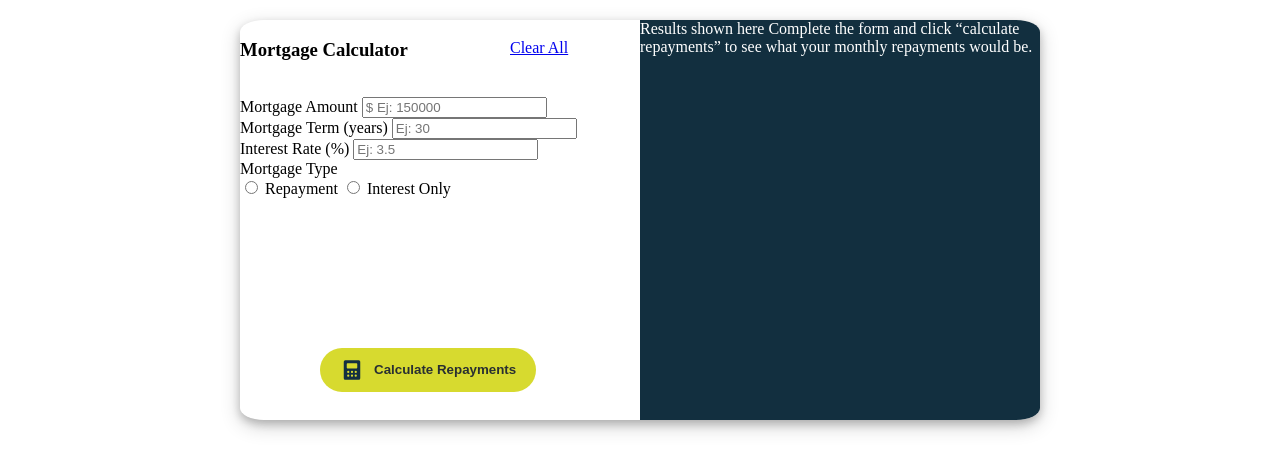
Repository: GravielPV/Mortgage-repayment-calculator
Page: index.html
These files come from the project's save history. The page is drawn as it stood at one moment and after the next save; the edit follows.
The browser window is 1280 px wide. The pictures show the whole page.

Above is the page before, as saved 2025-12-11 17:13:50.

After the next save:
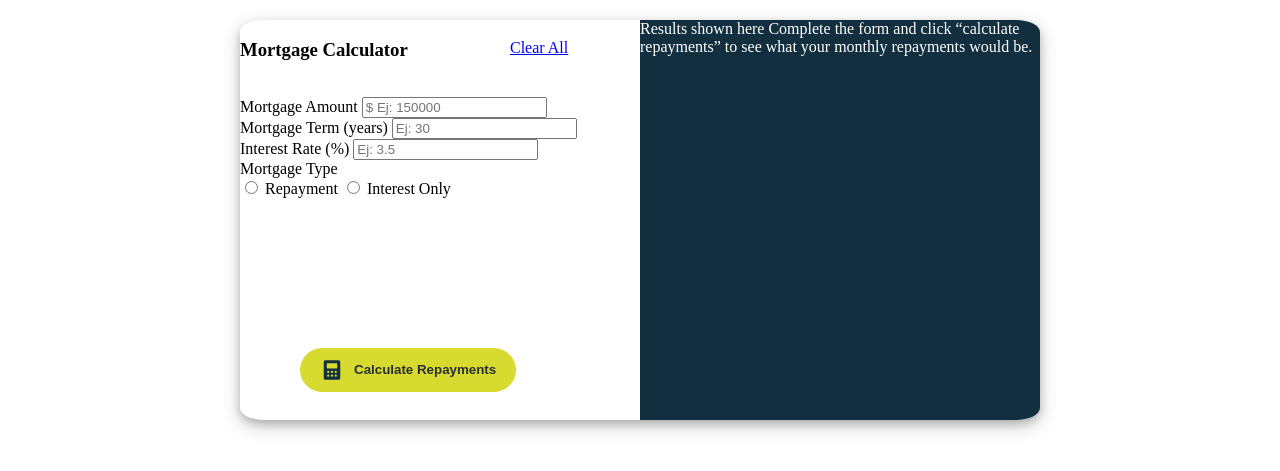
Saved 6 s later.
--- a/styles.css
+++ b/styles.css
@@ -41,7 +41,7 @@ a{
     button{
         position: relative;
         top: 150px;
-        left: 80px;
+        left: 60px;
         padding: 10px 20px;
         background-color: hsl(61, 70%, 52%);
         border: none;
